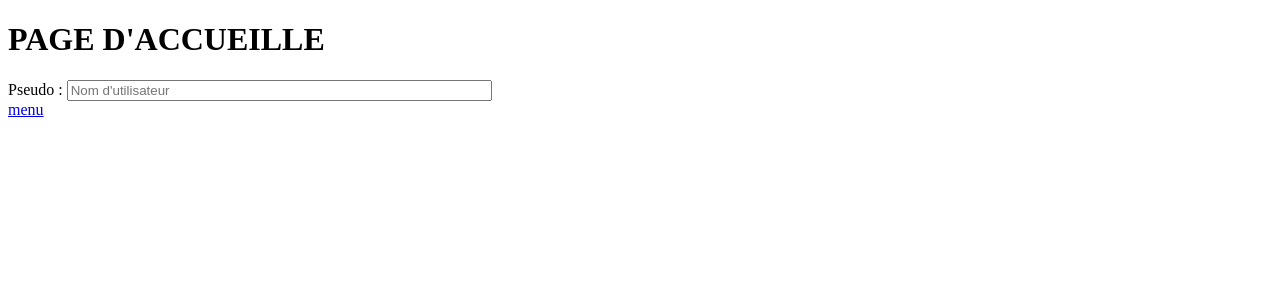
Repository: teddyruppin/GitFormateur
Page: http://localhost/JSP01/web/exercice3.jsp
These files come from the project's save history. The page is drawn as it stood at one moment and after the next save; the edit follows.
The browser window is 1280 px wide. The pictures show the whole page.
The page is served by Tomcat 9. Other server files are loaded and not shown.

Above is the page before, as saved 2020-01-03 15:33:52.

### src/projpoo1/JSP01/WebContent/web/exercice3.jsp
<%@ page language="java" contentType="text/html; charset=ISO-8859-1"
	pageEncoding="ISO-8859-1"%>
<%@ taglib uri="http://java.sun.com/jsp/jstl/core"
prefix="c" %>
<!DOCTYPE html>
<html>
<head>
<meta charset="ISO-8859-1">
<title>Insert title here</title>
</head>
<body>

	<h1>PAGE D'ACCUEILLE</h1>
	<div class="row">
		<div class="col-auto">
			<form action="SaisirUtil" method="post" class="form">
			<label for="Nom" class="col-6 col-form-label"> Pseudo : </label>
			<input type="text" class="form-control" size="50"
			 placeholder="Nom d'utilisateur" id="Mdp" name="Mdp"
			 required>






			</form>
		</div>
	</div>




	<a href='<c:url value="../index.jsp" />'> menu </a>
</body>
</html>

After the next save:
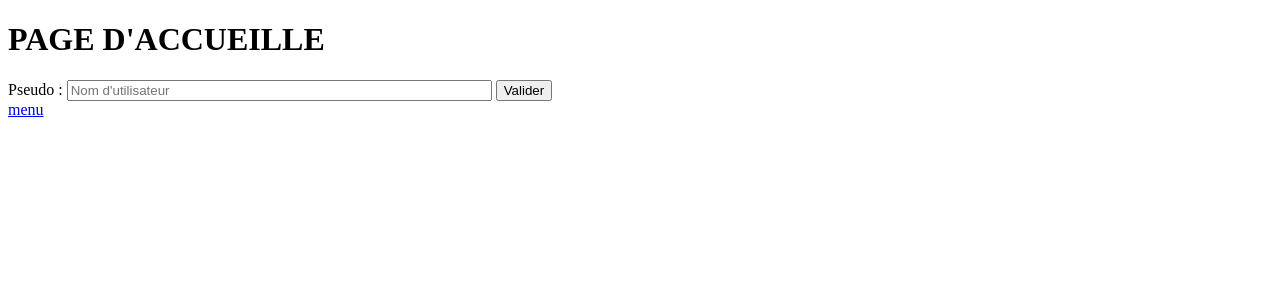
Saved 86 s later.
--- a/src/projpoo1/JSP01/WebContent/web/exercice3.jsp
+++ b/src/projpoo1/JSP01/WebContent/web/exercice3.jsp
@@ -22,6 +22,7 @@ prefix="c" %>
 
 
 
+			<input type="submit" value="Valider" class="btn btn-primary" >
 
 
 			</form>
